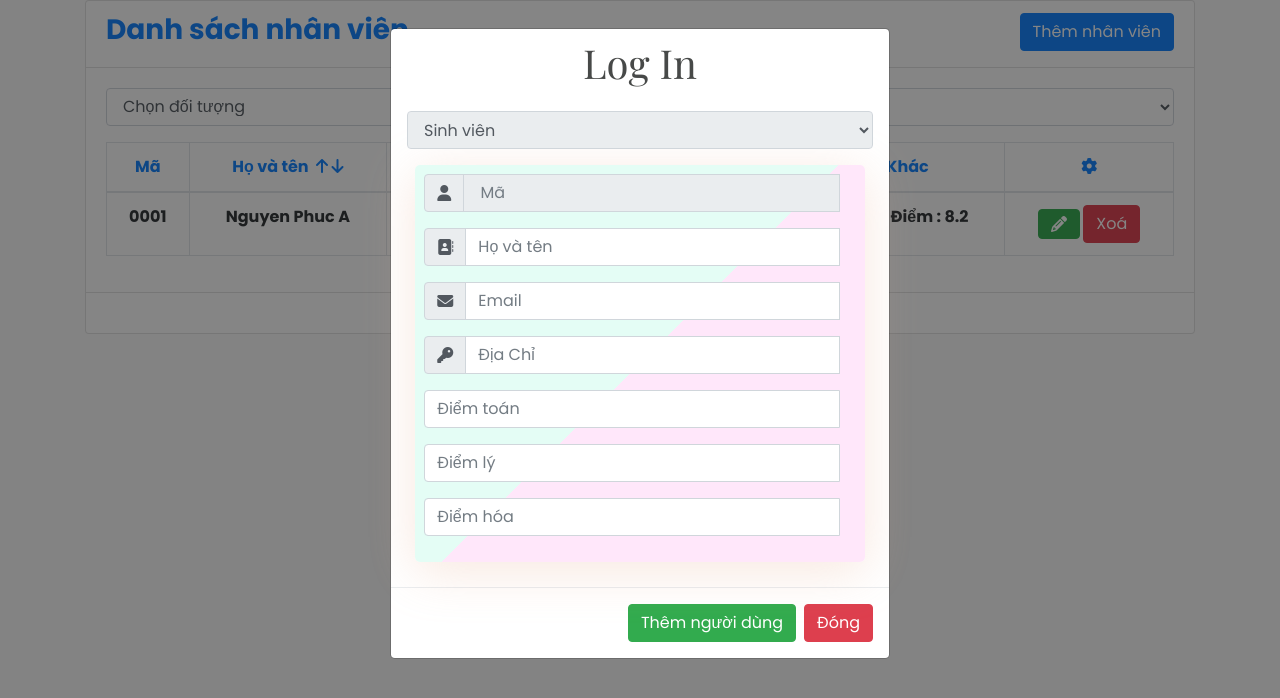
Repository: maitan0705/es6_oop
Page: index.html
An editor plug-in stored every save of this project. The page is shown before and after a run of saves, followed by the edit.
The browser window is 1280 px wide. The pictures show the whole page.
After loading, the first visible `#btnThem` was clicked once.
Some web fonts or font styles are not loaded; a fallback is used.

Above is the page before, as saved 2023-04-13 07:33:52.

### index.html
<!DOCTYPE html>
<html lang="en">

<head>
	<meta charset="UTF-8">
	<meta name="viewport" content="width=device-width, initial-scale=1.0">
	<title>Quản lý nhân viên</title>

	<!-- Font Awesome -->
	<link rel="stylesheet" href="https://cdnjs.cloudflare.com/ajax/libs/font-awesome/4.7.0/css/font-awesome.min.css">

	<!-- Bootstrap 4 -->
	<link rel="stylesheet" href="css/bootstrap.min.css">

	<!-- JQuery UI -->
	<link rel="stylesheet" href="css/jquery-ui.min.css">

	<!-- Animate -->
	<!-- font awsome -->
	<link rel="stylesheet" href="https://cdnjs.cloudflare.com/ajax/libs/font-awesome/6.4.0/css/all.min.css"
		integrity="sha512-iecdLmaskl7CVkqkXNQ/ZH/XLlvWZOJyj7Yy7tcenmpD1ypASozpmT/E0iPtmFIB46ZmdtAc9eNBvH0H/ZpiBw=="
		crossorigin="anonymous" referrerpolicy="no-referrer" />
	<!-- <link rel="stylesheet" href="css/animate.css"> -->

	<!-- My CSS -->
	<link rel="stylesheet" href="css/modal.css">

	<link rel="stylesheet" href="css/style4.css">

	<link rel="stylesheet" type="text/css" href="css/main.css">
</head>

<body>

	<div class="container">
		<div class="card text-center">
			<!-- Header -->
			<div class="card-header myCardHeader">
				<div class="row">
					<div class="col-md-6">
						<h3 class="text-left text-primary font-weight-bold">Danh sách nhân viên</h3>
					</div>
					<div class="col-md-6 text-right">
						<button type="submit" class="btn btn-primary" id="btnThem" data-toggle="modal" data-target="#myModal">Thêm
							nhân viên</button>
					</div>
				</div>
			</div>

			<!-- Body -->
			<div class="card-body">
				<div class="row mb-3">
					<div class="col">
						<div class="input-group">
							<select class="form-control" id="findUser">
								<option value="">Chọn đối tượng</option>
								<option value="student">Sinh viên</option>
								<option value="employee">Nhân viên</option>
								<option value="customer">Khách hàng</option>
							</select>
						</div>
					</div>
				</div>
				<table class="table table-bordered table-hover myTable">
					<thead class="text-primary">
						<tr>
							<th>Mã</th>
							<th class="nowrap">
								<span class="mr-1">Họ và tên</span>
								<i class="fa fa-arrow-up" id="tang"></i>
								<i class="fa fa-arrow-down" id="giam"></i>
							</th>
							<th>Email</th>
							<th>Địa Chỉ</th>
							<th>Khác</th>
							<th><em class="fa fa-cog"></em></th>
						</tr>
					</thead>
					<tbody id="tableDanhSach">

					</tbody>
				</table>
			</div>

			<!-- Footer -->
			<div class="card-footer myCardFooter">
				<nav>
					<ul class="pagination justify-content-center" id="ulPhanTrang">

					</ul>
				</nav>
			</div>
		</div>
	</div>

	</div>
	</div>


	<!-- The Modal -->
	<div class="modal fade" id="myModal">
		<div class="modal-dialog">
			<div class="modal-content">

				<header class="head-form mb-0">
					<h2 id="header-title">Log In</h2>
				</header>

				<!-- Modal Header -->
				<!-- 	<div class="modal-header">
					<h4 class="modal-title" id="modal-title">Modal Heading</h4>
					<button type="button" class="close" data-dismiss="modal">&times;</button>
				</div> -->

				<!-- Modal body -->
				<div class="modal-body">
					<div class="form-group">
						<div class="input-group">
							<select class="form-control" id="doiTuong">
								<option value="student">Sinh viên</option>
								<option value="employee">Nhân viên</option>
								<option value="customer">Khách hàng</option>
							</select>
						</div>
					</div>

					<form role="form" id="myForm">
						<div class="form-group">
							<div class="input-group">
								<div class="input-group-prepend">
									<span class="input-group-text"><i class="fa fa-user"></i></span>
								</div>
								<input type="text" id="ma" class="form-control input-sm" placeholder=" Mã">
								<span class="text-success m-auto px-2" id="error-tbMa"></span>
							</div>
							<span class="sp-thongbao" id="tbMa"></span>
						</div>

						<div class="form-group">
							<div class="input-group">
								<div class="input-group-prepend">
									<span class="input-group-text"><i class="fa fa-address-book"></i></span>
								</div>
								<input type="text" id="hoTen" class="form-control input-sm" placeholder="Họ và tên">
								<span class="text-success m-auto px-2" id="error-tbTen"></span>
							</div>
							<span class="sp-thongbao" id="tbTen"></span>
						</div>

						<div class="form-group">
							<div class="input-group ">
								<div class="input-group-prepend">
									<span class="input-group-text"><i class="fa fa-envelope"></i></span>
								</div>
								<input type="email" id="email" class="form-control input-sm" placeholder="Email">
								<span class="text-success m-auto px-2" id="error-tbEmail"></span>
							</div>
							<span class="sp-thongbao" id="tbEmail"></span>
						</div>

						<div class="form-group">
							<div class="input-group">
								<div class="input-group-prepend">
									<span class="input-group-text"><i class="fa fa-key"></i></span>
								</div>
								<input type="text" id="diaChi" class="form-control input-sm" placeholder="Địa Chỉ">
								<span class="text-success m-auto px-2" id="error-tbDiaChi"></span>
							</div>
							<span class="sp-thongbao" id="tbDiaChi"></span>
						</div>
						<div id="bodyfrom"></div>

					</form>
				</div>

				<!-- Modal footer -->
				<div class="modal-footer" id="modal-footer">
					<button id="btnThemNV" type="button" class="btn btn-success">Thêm người dùng</button>
					<button id="btnCapNhat" type="button" class="btn btn-success">Cập nhật</button>
					<button id="btnDong" type="button" class="btn btn-danger" data-dismiss="modal">Đóng</button>
				</div>

			</div>
		</div>
	</div>

	<!-- Bootstrap -->
	<script src="js/jquery.min.js"></script>
	<script type="text/javascript" src="js/jquery.easing.min.js"></script>
	<script type="text/javascript" src="js/popper.min.js"></script>
	<script type="text/javascript" src="js/bootstrap.min.js"></script>

	<!-- Date Picker -->
	<!-- <script src="js/jquery-ui.min.js"></script> -->
	<script src="./js/jquery-ui.js"></script>
	<script src="js/datepicker.js"></script>

	<!-- Wow -->
	<!-- <script src="js/wow.min.js"></script>
	<script>
		new WOW().init();
	</script>  -->

	<!-- <script src="js/modal.js"></script> -->


	<script type="text/javascript">
		$(document).ready(function () {
			$('#sidebarCollapse').on('click', function () {
				$('#sidebar').toggleClass('active');
			});
		});
	</script>
	<!-- <script src="./util/validation.js"></script> -->

	<!-- <script src="./util/nhanVien.js"></script> -->
	<script type="module" src="./controllers/index.js"></script>
</body>

</html>

### css/modal.css
/* Fonts Form Google Font ::- https://fonts.google.com/  -:: */
@import url('https://fonts.googleapis.com/css?family=Abel|Abril+Fatface|Alegreya|Arima+Madurai|Dancing+Script|Dosis|Merriweather|Oleo+Script|Overlock|PT+Serif|Pacifico|Playball|Playfair+Display|Share|Unica+One|Vibur');
/* End Fonts */
/* Start Global rules */
* {
    padding: 0;
    margin: 0;
    box-sizing: border-box;
}
/* End Global rules */

/* Start body rules */
body {
    background-image: linear-gradient(-225deg, #E3FDF5 0%, #FFE6FA 100%);
background-image: linear-gradient(to top, #a8edea 0%, #fed6e3 100%);
background-attachment: fixed;
  background-repeat: no-repeat;

    font-family: 'Vibur', cursive;
/*   the main font */
    font-family: 'Abel', sans-serif;
opacity: .95;
/* background-image: linear-gradient(to top, #d9afd9 0%, #97d9e1 100%); */
}



/* |||||||||||||||||||||||||||||||||||||||||||||*/
/* //////////////////////////////////////////// */




/* End body rules */

/* Start form  attributes */
form {
    width: 450px;
    /*min-height: 500px;*/
    height: auto;
    border-radius: 5px;
    margin: 2% auto;
    box-shadow: 0 9px 50px hsla(20, 67%, 75%, 0.31);
    padding: 2%;
    background-image: linear-gradient(-225deg, #E3FDF5 50%, #FFE6FA 50%);
}
/* form Container */
form .con {
    display: -webkit-flex;
    display: flex;

    -webkit-justify-content: space-around;
    justify-content: space-around;

    -webkit-flex-wrap: wrap;
    flex-wrap: wrap;

      margin: 0 auto;
}

/* the header form form */
header {
    margin: 2% auto 10% auto;
    text-align: center;
}
/* Login title form form */
header h2 {
    font-size: 250%;
    font-family: 'Playfair Display', serif;
    color: #3e403f;
}
/*  A welcome message or an explanation of the login form */
header p {letter-spacing: 0.05em;}



/* //////////////////////////////////////////// */
/* //////////////////////////////////////////// */


.input-item {
    background: #fff;
    color: #333;
    padding: 14.5px 0px 15px 9px;
    border-radius: 5px 0px 0px 5px;
}



/* Show/hide password Font Icon */
#eye {
    background: #fff;
    color: #333;

    margin: 5.9px 0 0 0;
    margin-left: -20px;
    padding: 15px 9px 19px 0px;
    border-radius: 0px 5px 5px 0px;

    float: right;
    position: relative;
    right: 1%;
    top: -.2%;
    z-index: 5;

    cursor: pointer;
}
/* inputs form  */
input[class="form-input"]{
    width: 240px;
    height: 50px;

    margin-top: 2%;
    padding: 15px;

    font-size: 16px;
    font-family: 'Abel', sans-serif;
    color: #5E6472;

    outline: none;
    border: none;

    border-radius: 0px 5px 5px 0px;
    transition: 0.2s linear;

}
input[id="txt-input"] {width: 250px;}
/* focus  */
input:focus {
    transform: translateX(-2px);
    border-radius: 5px;
}

/* //////////////////////////////////////////// */
/* //////////////////////////////////////////// */

/* input[type="text"] {min-width: 250px;} */
/* buttons  */

/* Submits */
.submits {
    width: 48%;
    display: inline-block;
    float: left;
    margin-left: 2%;
}

/*       Forgot Password button FAF3DD  */
.frgt-pass {background: transparent;}

/*     Sign Up button  */
.sign-up {background: #B8F2E6;}


/* buttons hover */
button:hover {
    transform: translatey(3px);
    box-shadow: none;
}

/* buttons hover Animation */
button:hover {
    animation: ani9 0.4s ease-in-out infinite alternate;
}
@keyframes ani9 {
    0% {
        transform: translateY(3px);
    }
    100% {
        transform: translateY(5px);
    }
}

### css/style4.css
/*
    DEMO STYLE
*/
@import "https://fonts.googleapis.com/css?family=Poppins:300,400,500,600,700";


body {
    font-family: 'Poppins', sans-serif;
    background: #fafafa;
}

p {
    font-family: 'Poppins', sans-serif;
    font-size: 1.1em;
    font-weight: 300;
    line-height: 1.7em;
    color: #999;
}

a, a:hover, a:focus {
    color: inherit;
    text-decoration: none;
    transition: all 0.3s;
}

.navbar {
    padding: 15px 10px;
    background: #fff;
    border: none;
    border-radius: 0;
    margin-bottom: 40px;
    box-shadow: 1px 1px 3px rgba(0, 0, 0, 0.1);
}

.navbar-btn {
    box-shadow: none;
    outline: none !important;
    border: none;
}

.line {
    width: 100%;
    height: 1px;
    border-bottom: 1px dashed #ddd;
    margin: 40px 0;
}

i, span {
    display: inline-block;
}

/* ---------------------------------------------------
    SIDEBAR STYLE
----------------------------------------------------- */
.wrapper {
    display: flex;
    align-items: stretch;
}

#sidebar {
    min-width: 250px;
    max-width: 250px;
    background: #7386D5;
    color: #fff;
    transition: all 0.3s;
}

#sidebar.active {
    min-width: 80px;
    max-width: 80px;
    text-align: center;
}

#sidebar.active .sidebar-header h3, #sidebar.active .CTAs {
    display: none;
}

#sidebar.active .sidebar-header strong {
    display: block;
}

#sidebar ul li a {
    text-align: left;
}

#sidebar.active ul li a {
    padding: 20px 10px;
    text-align: center;
    font-size: 0.85em;
}

#sidebar.active ul li a i {
    margin-right:  0;
    display: block;
    font-size: 1.8em;
    margin-bottom: 5px;
}

#sidebar.active ul ul a {
    padding: 10px !important;
}

#sidebar.active a[aria-expanded="false"]::before, #sidebar.active a[aria-expanded="true"]::before {
    top: auto;
    bottom: 5px;
    right: 50%;
    -webkit-transform: translateX(50%);
    -ms-transform: translateX(50%);
    transform: translateX(50%);
}

#sidebar .sidebar-header {
    padding: 20px;
    background: #6d7fcc;
}

#sidebar .sidebar-header strong {
    display: none;
    font-size: 1.8em;
}

#sidebar ul.components {
    padding: 20px 0;
    border-bottom: 1px solid #47748b;
}

#sidebar ul li a {
    padding: 10px;
    font-size: 1.1em;
    display: block;
}
#sidebar ul li a:hover {
    color: #7386D5;
    background: #fff;
}
#sidebar ul li a i {
    margin-right: 10px;
}

#sidebar ul li.active > a, a[aria-expanded="true"] {
    color: #fff;
    background: #6d7fcc;
}


a[data-toggle="collapse"] {
    position: relative;
}

a[aria-expanded="false"]::before, a[aria-expanded="true"]::before {
    content: '\e259';
    display: block;
    position: absolute;
    right: 20px;
    font-family: 'Glyphicons Halflings';
    font-size: 0.6em;
}
a[aria-expanded="true"]::before {
    content: '\e260';
}


ul ul a {
    font-size: 0.9em !important;
    padding-left: 30px !important;
    background: #6d7fcc;
}

ul.CTAs {
    padding: 20px;
}

ul.CTAs a {
    text-align: center;
    font-size: 0.9em !important;
    display: block;
    border-radius: 5px;
    margin-bottom: 5px;
}

a.download {
    background: #fff;
    color: #7386D5;
}

a.article, a.article:hover {
    background: #6d7fcc !important;
    color: #fff !important;
}



/* ---------------------------------------------------
    CONTENT STYLE
----------------------------------------------------- */
#content {
    padding: 20px;
    min-height: 100vh;
    transition: all 0.3s;
}


/* ---------------------------------------------------
    MEDIAQUERIES
----------------------------------------------------- */
@media (max-width: 768px) {
    #sidebar {
        min-width: 80px;
        max-width: 80px;
        text-align: center;
        margin-left: -80px !important ;
    }
    a[aria-expanded="false"]::before, a[aria-expanded="true"]::before {
        top: auto;
        bottom: 5px;
        right: 50%;
        -webkit-transform: translateX(50%);
        -ms-transform: translateX(50%);
        transform: translateX(50%);
    }
    #sidebar.active {
        margin-left: 0 !important;
    }

    #sidebar .sidebar-header h3, #sidebar .CTAs {
        display: none;
    }

    #sidebar .sidebar-header strong {
        display: block;
    }

    #sidebar ul li a {
        padding: 20px 10px;
    }

    #sidebar ul li a span {
        font-size: 0.85em;
    }
    #sidebar ul li a i {
        margin-right:  0;
        display: block;
    }

    #sidebar ul ul a {
        padding: 10px !important;
    }

    #sidebar ul li a i {
        font-size: 1.3em;
    }
    #sidebar {
        margin-left: 0;
    }
    #sidebarCollapse span {
        display: none;
    }
}
.sp-thongbao{
    font-size: 14px;
    display: block !important;
}

### controllers/index.js
import { Student, Employee, Customer } from "../models/Person.js";
import { ListPerson } from "../models/ListPerson.js";
import { renderForm } from "../util/render.js";
import { Validation } from "../models/validation.js";
let listPerson = new ListPerson();

document.querySelector("#btnThem").addEventListener("click", () => {
  renderForm();
});

document.querySelector("#doiTuong").addEventListener("change", (e) => {
  let personUser = e.target.value;
  switch (personUser) {
    case "student":
      renderForm(personUser);
      break;
    case "employee":
      renderForm(personUser);
      break;
    default:
      renderForm(personUser);
  }
});
const student1 = new Student(
  "0001",
  "Nguyen Phuc A",
  "HCM",
  "nguyenphuc@gmail.com",
  "8",
  "7",
  "9.5"
);
listPerson.themDoiTuong(student1);
listPerson.get();
listPerson.renderTable("#tableDanhSach");



document.querySelector("#btnThemNV").onclick = () => {
  let personUser = document.querySelector("#doiTuong").value;
  switch (personUser) {
    case "student":
      {
        let student = new Student();
        let arrinput = document.querySelectorAll(".input-group input");
        for (let input of arrinput) {
          let { id, value } = input;
          student[id] = value;
        }
        listPerson.themDoiTuong(student);
        listPerson.renderTable("#tableDanhSach");
        listPerson.save();
      }
      break;
    case "employee":
      {
        let employee = new Employee();
        let arrinput = document.querySelectorAll(".input-group input");
        for (let input of arrinput) {
          let { id, value } = input;
          employee[id] = value;
        }
        listPerson.themDoiTuong(employee);
        listPerson.renderTable("#tableDanhSach");
        listPerson.save();
      }
      break;
    case "customer":
      {
        let arrinput = document.querySelectorAll(".input-group input");
        let customer = new Customer();
        for (let input of arrinput) {
          let { id, value } = input;
          customer[id] = value;
        }
        listPerson.themDoiTuong(customer);
        listPerson.renderTable("#tableDanhSach");
        listPerson.save();
      }
      break;
  }

};
window.xoaDoiTuong = function (ma) {
  listPerson.deleteDT(ma);
  listPerson.renderTable("#tableDanhSach");
  listPerson.save();
};
window.suaDoiTuong = (ma) => {
  let info = listPerson.layThongtin(ma);
  switch (info.class) {
    case "student":
      renderForm(info.class);
      document.querySelector("#doiTuong").value = info.class;
      break;
    case "employee":
      renderForm(info.class);
      document.querySelector("#doiTuong").value = info.class;
      break;
    default:
      renderForm(info.class);
      document.querySelector("#doiTuong").value = info.class;
  }
  if (info) {
    let arrinput = document.querySelectorAll(".input-group input");
    for (let input of arrinput) {
      let { id } = input;
      input.value = info[id];
    }
  }
  document.querySelector('#ma').disabled = 'false';
  document.querySelector("#doiTuong").disabled = 'false'
  document.querySelector("#btnThemNV").style.display = "none";
  document.querySelector("#btnCapNhat").style.display = "inline";
};
document.querySelector("#btnThem").onclick = () => {
  document.querySelector('#myForm').reset();
  document.querySelector('#ma').disabled = 'false';
  document.querySelector("#doiTuong").disabled = 'true'
  document.querySelector("#btnCapNhat").style.display = "none";
  document.querySelector("#btnThemNV").style.display = "inline";
  renderForm()
};

document.querySelector('#btnCapNhat').onclick = () => {
    let personUser = document.querySelector("#doiTuong").value;
    switch (personUser) {
      case "student":
        {
          let student = new Student();
          let arrinput = document.querySelectorAll(".input-group input");
          for (let input of arrinput) {
            let { id, value } = input;
            student[id] = value;
          }
          listPerson.update(student);
          listPerson.renderTable("#tableDanhSach");
          listPerson.save();
        }
        break;
      case "employee":
        {
          let employee = new Employee();
          let arrinput = document.querySelectorAll(".input-group input");
          for (let input of arrinput) {
            let { id, value } = input;
            employee[id] = value;
          }
          listPerson.update(employee);
          listPerson.renderTable("#tableDanhSach");
          listPerson.save();
        }
        break;
      case "customer":
        {
          let arrinput = document.querySelectorAll(".input-group input");
          let customer = new Customer();
          for (let input of arrinput) {
            let { id, value } = input;
            customer[id] = value;
          }
          listPerson.update(customer);
          listPerson.renderTable("#tableDanhSach");
          listPerson.save();
        }
        break;
    }
    document.querySelector('#myForm').reset();

};
document.querySelector('#tang').addEventListener('click', () => {
  console.log('click');
  listPerson.sortName(listPerson.danhSach,1);
  listPerson.renderTable('#tableDanhSach');
  listPerson.save();
});
document.querySelector('#giam').addEventListener('click', () => {
    listPerson.sortName(listPerson.danhSach, -1);
    listPerson.renderTable('#tableDanhSach');
    listPerson.save();
});

document.querySelector('#findUser').addEventListener('change', (e) => {
  let user = e.target.value;
  let filterList =listPerson.filterUser(user);
  listPerson.renderTableUser('#tableDanhSach',filterList);
});

Loaded but not shown: css/bootstrap.min.css (library); css/jquery-ui.min.css (library); css/main.css (common file); js/jquery.min.js (library); js/jquery.easing.min.js (common file); js/popper.min.js (library); js/bootstrap.min.js (library); js/jquery-ui.js (library); js/datepicker.js (common file); models/validation.js (122 lines, source omitted); models/ListPerson.js (140 lines, source omitted); util/render.js (82 lines, source omitted); models/Person.js (51 lines, source omitted)

After the next 2 saves:
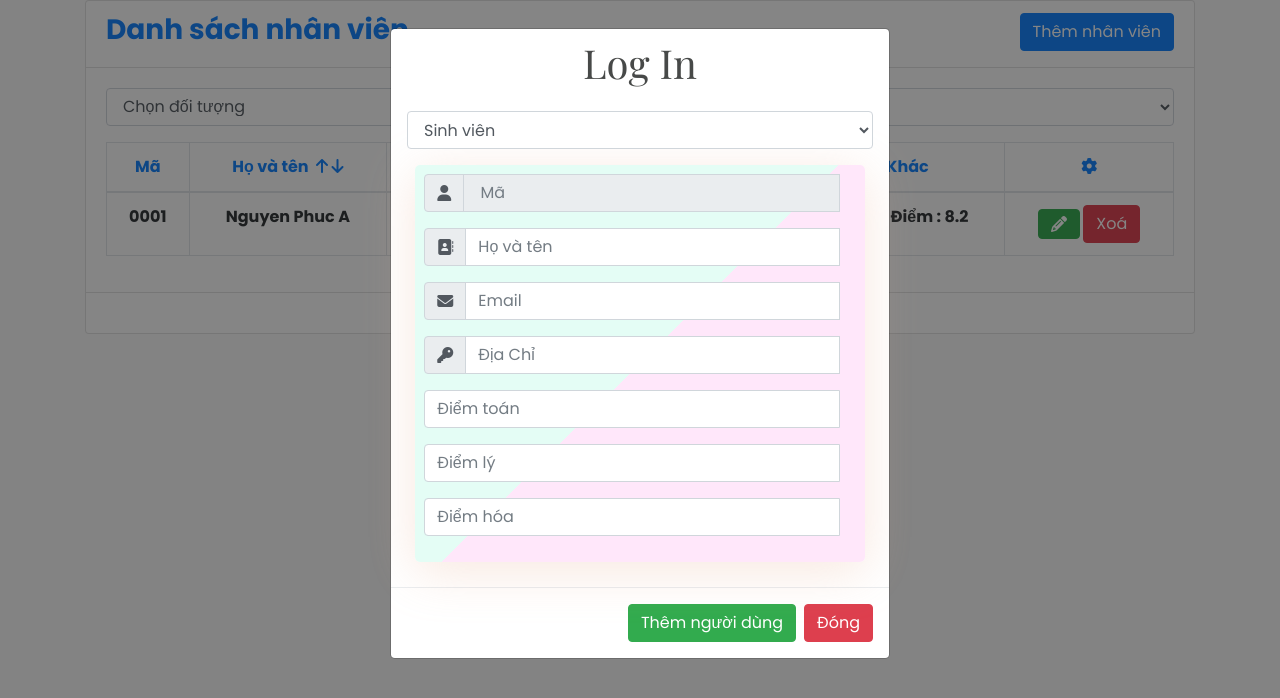
The 2 saves are shown as one change because they came seconds apart.
The last was saved 6 s later.
--- a/controllers/index.js
+++ b/controllers/index.js
@@ -116,7 +116,7 @@
 document.querySelector("#btnThem").onclick = () => {
   document.querySelector('#myForm').reset();
   document.querySelector('#ma').disabled = 'false';
-  document.querySelector("#doiTuong").disabled = 'true'
+  document.querySelector("#doiTuong").disabled = ''
   document.querySelector("#btnCapNhat").style.display = "none";
   document.querySelector("#btnThemNV").style.display = "inline";
   renderForm()

After the save that followed:
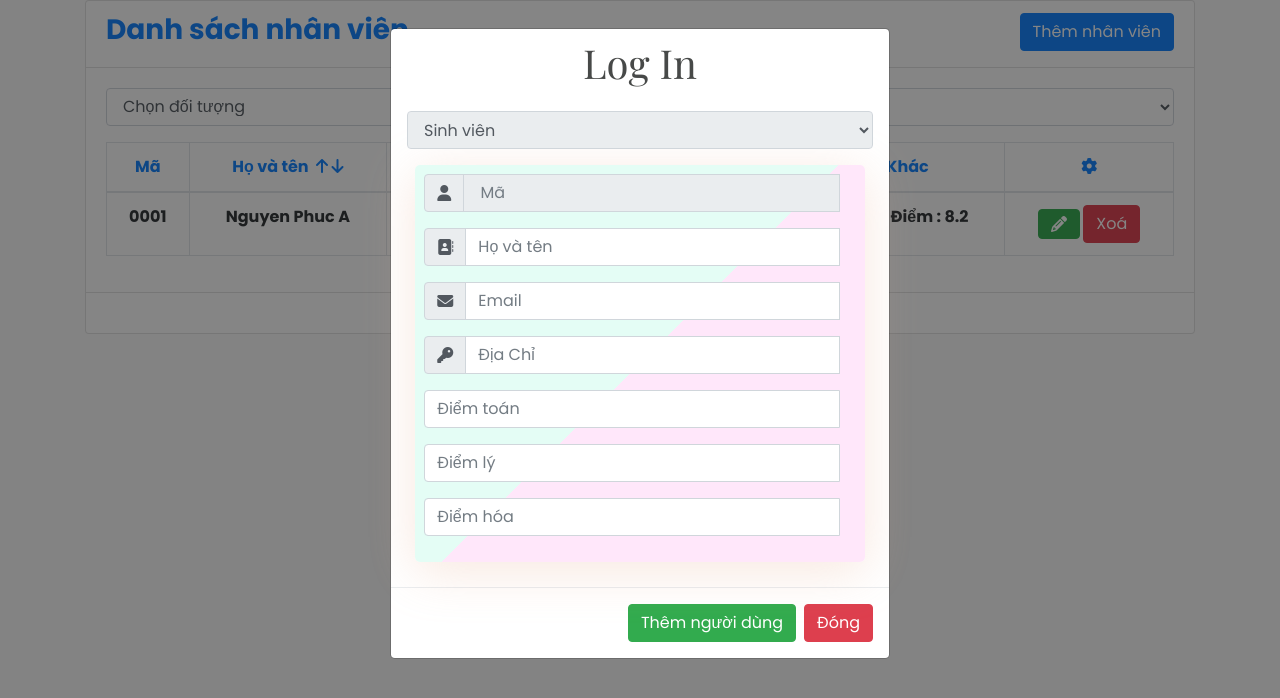
Saved 5 s later.
--- a/controllers/index.js
+++ b/controllers/index.js
@@ -116,7 +116,7 @@
 document.querySelector("#btnThem").onclick = () => {
   document.querySelector('#myForm').reset();
   document.querySelector('#ma').disabled = 'false';
-  document.querySelector("#doiTuong").disabled = ''
+  document.querySelector("#doiTuong").disabled = 'false'
   document.querySelector("#btnCapNhat").style.display = "none";
   document.querySelector("#btnThemNV").style.display = "inline";
   renderForm()
